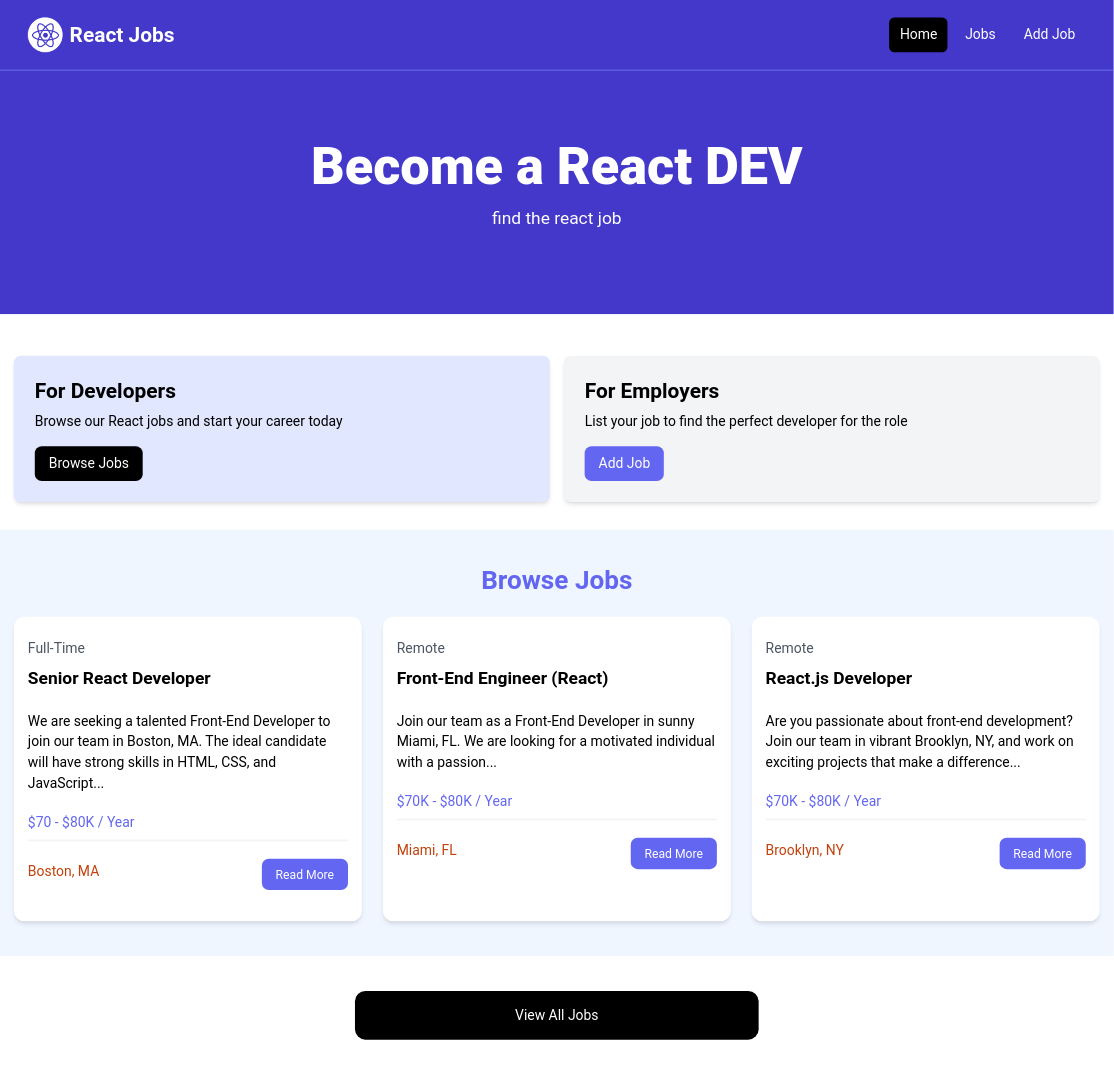
Repository: Geohot-2020/React_setup
Page: / (app in react-crash-2024/)
The author's editor kept a copy of each file at every save. The page is drawn from the files as they stood at one save, then again after the next save.
The browser window is 1280 px wide. The pictures show the whole page, at 87% of full size.
The project was rebuilt for these pictures with package versions that can differ from the ones it lists, and the page was loaded fresh each time. Also part of the build but not shown: react-crash-2024/vite.config.js.

Above is the page before, as saved 2024-11-13 16:04:12.

After the next save:
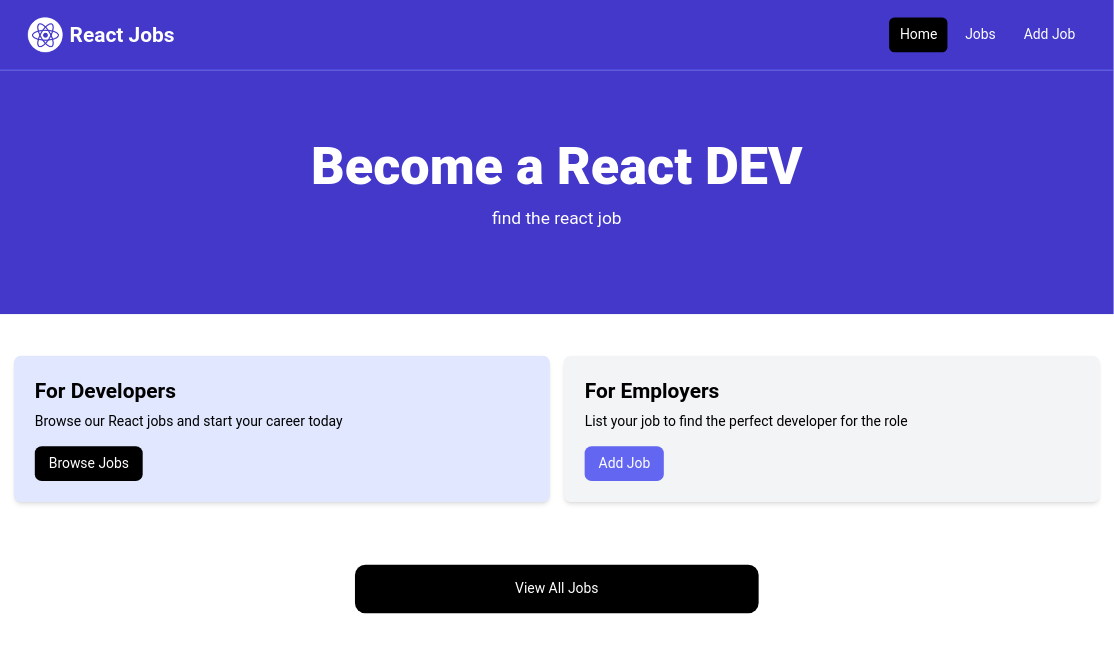
Saved 29 s later.
--- a/react-crash-2024/src/App.jsx
+++ b/react-crash-2024/src/App.jsx
@@ -12,105 +12,7 @@
       <HomeCards />
 
 
-      <section className="bg-blue-50 px-4 py-10">
-        <div className="container-xl lg:container m-auto">
-          <h2 className="text-3xl font-bold text-indigo-500 mb-6 text-center">
-            Browse Jobs
-          </h2>
-          <div className="grid grid-cols-1 md:grid-cols-3 gap-6">
-            {/* <!-- Job Listing 1 --> */}
-            <div className="bg-white rounded-xl shadow-md relative">
-              <div className="p-4">
-                <div className="mb-6">
-                  <div className="text-gray-600 my-2">Full-Time</div>
-                  <h3 className="text-xl font-bold">Senior React Developer</h3>
-                </div>
 
-                <div className="mb-5">
-                  We are seeking a talented Front-End Developer to join our team in Boston, MA. The ideal candidate will have strong skills in HTML, CSS, and JavaScript...
-                </div>
-
-                <h3 className="text-indigo-500 mb-2">$70 - $80K / Year</h3>
-
-                <div className="border border-gray-100 mb-5"></div>
-
-                <div className="flex flex-col lg:flex-row justify-between mb-4">
-                  <div className="text-orange-700 mb-3">
-                    <i className="fa-solid fa-location-dot text-lg"></i>
-                    Boston, MA
-                  </div>
-                  <a
-                    href="job.html"
-                    className="h-[36px] bg-indigo-500 hover:bg-indigo-600 text-white px-4 py-2 rounded-lg text-center text-sm"
-                  >
-                    Read More
-                  </a>
-                </div>
-              </div>
-            </div>
-            {/* <!-- Job Listing 2 --> */}
-            <div className="bg-white rounded-xl shadow-md relative">
-              <div className="p-4">
-                <div className="mb-6">
-                  <div className="text-gray-600 my-2">Remote</div>
-                  <h3 className="text-xl font-bold">Front-End Engineer (React)</h3>
-                </div>
-
-                <div className="mb-5">
-                  Join our team as a Front-End Developer in sunny Miami, FL. We are looking for a motivated individual with a passion...
-                </div>
-
-                <h3 className="text-indigo-500 mb-2">$70K - $80K / Year</h3>
-
-                <div className="border border-gray-100 mb-5"></div>
-
-                <div className="flex flex-col lg:flex-row justify-between mb-4">
-                  <div className="text-orange-700 mb-3">
-                    <i className="fa-solid fa-location-dot text-lg"></i>
-                    Miami, FL
-                  </div>
-                  <a
-                    href="job.html"
-                    className="h-[36px] bg-indigo-500 hover:bg-indigo-600 text-white px-4 py-2 rounded-lg text-center text-sm"
-                  >
-                    Read More
-                  </a>
-                </div>
-              </div>
-            </div>
-            {/* <!-- Job Listing 3 --> */}
-            <div className="bg-white rounded-xl shadow-md relative">
-              <div className="p-4">
-                <div className="mb-6">
-                  <div className="text-gray-600 my-2">Remote</div>
-                  <h3 className="text-xl font-bold">React.js Developer</h3>
-                </div>
-
-                <div className="mb-5">
-                  Are you passionate about front-end development? Join our team in vibrant Brooklyn, NY, and work on exciting projects that make a difference...
-                </div>
-
-                <h3 className="text-indigo-500 mb-2">$70K - $80K / Year</h3>
-
-                <div className="border border-gray-100 mb-5"></div>
-
-                <div className="flex flex-col lg:flex-row justify-between mb-4">
-                  <div className="text-orange-700 mb-3">
-                    <i className="fa-solid fa-location-dot text-lg"></i>
-                    Brooklyn, NY
-                  </div>
-                  <a
-                    href="job.html"
-                    className="h-[36px] bg-indigo-500 hover:bg-indigo-600 text-white px-4 py-2 rounded-lg text-center text-sm"
-                  >
-                    Read More
-                  </a>
-                </div>
-              </div>
-            </div>
-          </div>
-        </div>
-      </section>
 
       <section className="m-auto max-w-lg my-10 px-6">
         <a

After the 3 saves that followed:
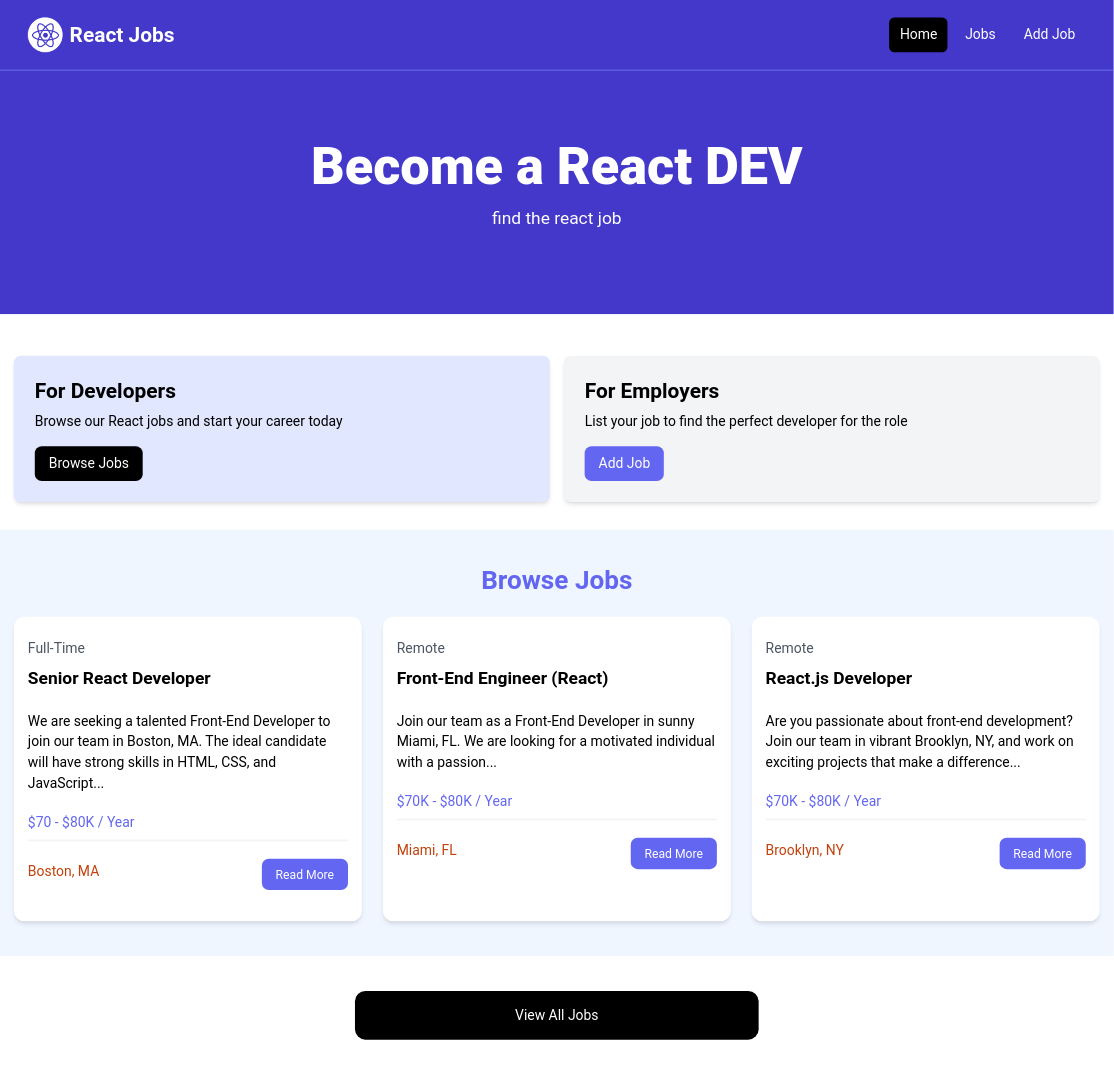
The 3 saves are shown as one change because 2 left the picture as it was.
The last was saved 31 s later.
--- a/react-crash-2024/src/App.jsx
+++ b/react-crash-2024/src/App.jsx
@@ -2,7 +2,8 @@
 import Navbar from './components/Navbar'
 import Hero from './components/Hero'
 import HomeCards from './components/HomeCards'
-
+import JobListings from './components/JobListings'
+JobListings
 
 const App = () => {
   return (
@@ -10,7 +11,7 @@
       <Navbar />
       <Hero />
       <HomeCards />
-
+      <JobListings />
 
 
 
--- a/react-crash-2024/src/components/JobListings.jsx
+++ b/react-crash-2024/src/components/JobListings.jsx
@@ -2,7 +2,105 @@ import React from 'react'
 
 const JobListings = () => {
   return (
-    <div>JobListings</div>
+    <section className="bg-blue-50 px-4 py-10">
+        <div className="container-xl lg:container m-auto">
+          <h2 className="text-3xl font-bold text-indigo-500 mb-6 text-center">
+            Browse Jobs
+          </h2>
+          <div className="grid grid-cols-1 md:grid-cols-3 gap-6">
+            {/* <!-- Job Listing 1 --> */}
+            <div className="bg-white rounded-xl shadow-md relative">
+              <div className="p-4">
+                <div className="mb-6">
+                  <div className="text-gray-600 my-2">Full-Time</div>
+                  <h3 className="text-xl font-bold">Senior React Developer</h3>
+                </div>
+
+                <div className="mb-5">
+                  We are seeking a talented Front-End Developer to join our team in Boston, MA. The ideal candidate will have strong skills in HTML, CSS, and JavaScript...
+                </div>
+
+                <h3 className="text-indigo-500 mb-2">$70 - $80K / Year</h3>
+
+                <div className="border border-gray-100 mb-5"></div>
+
+                <div className="flex flex-col lg:flex-row justify-between mb-4">
+                  <div className="text-orange-700 mb-3">
+                    <i className="fa-solid fa-location-dot text-lg"></i>
+                    Boston, MA
+                  </div>
+                  <a
+                    href="job.html"
+                    className="h-[36px] bg-indigo-500 hover:bg-indigo-600 text-white px-4 py-2 rounded-lg text-center text-sm"
+                  >
+                    Read More
+                  </a>
+                </div>
+              </div>
+            </div>
+            {/* <!-- Job Listing 2 --> */}
+            <div className="bg-white rounded-xl shadow-md relative">
+              <div className="p-4">
+                <div className="mb-6">
+                  <div className="text-gray-600 my-2">Remote</div>
+                  <h3 className="text-xl font-bold">Front-End Engineer (React)</h3>
+                </div>
+
+                <div className="mb-5">
+                  Join our team as a Front-End Developer in sunny Miami, FL. We are looking for a motivated individual with a passion...
+                </div>
+
+                <h3 className="text-indigo-500 mb-2">$70K - $80K / Year</h3>
+
+                <div className="border border-gray-100 mb-5"></div>
+
+                <div className="flex flex-col lg:flex-row justify-between mb-4">
+                  <div className="text-orange-700 mb-3">
+                    <i className="fa-solid fa-location-dot text-lg"></i>
+                    Miami, FL
+                  </div>
+                  <a
+                    href="job.html"
+                    className="h-[36px] bg-indigo-500 hover:bg-indigo-600 text-white px-4 py-2 rounded-lg text-center text-sm"
+                  >
+                    Read More
+                  </a>
+                </div>
+              </div>
+            </div>
+            {/* <!-- Job Listing 3 --> */}
+            <div className="bg-white rounded-xl shadow-md relative">
+              <div className="p-4">
+                <div className="mb-6">
+                  <div className="text-gray-600 my-2">Remote</div>
+                  <h3 className="text-xl font-bold">React.js Developer</h3>
+                </div>
+
+                <div className="mb-5">
+                  Are you passionate about front-end development? Join our team in vibrant Brooklyn, NY, and work on exciting projects that make a difference...
+                </div>
+
+                <h3 className="text-indigo-500 mb-2">$70K - $80K / Year</h3>
+
+                <div className="border border-gray-100 mb-5"></div>
+
+                <div className="flex flex-col lg:flex-row justify-between mb-4">
+                  <div className="text-orange-700 mb-3">
+                    <i className="fa-solid fa-location-dot text-lg"></i>
+                    Brooklyn, NY
+                  </div>
+                  <a
+                    href="job.html"
+                    className="h-[36px] bg-indigo-500 hover:bg-indigo-600 text-white px-4 py-2 rounded-lg text-center text-sm"
+                  >
+                    Read More
+                  </a>
+                </div>
+              </div>
+            </div>
+          </div>
+        </div>
+      </section>
   )
 }
 
